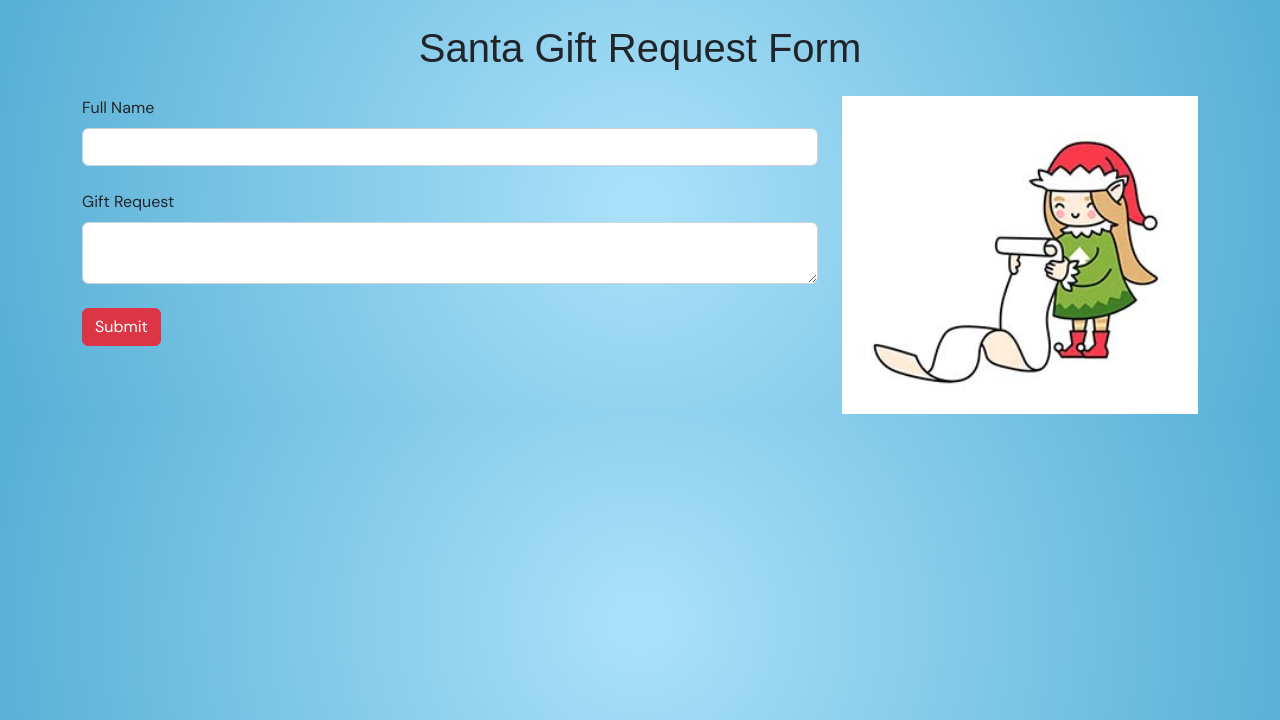
Repository: sarahlochhead/check-santas-list
Page: check-santas-list.html
An editor plug-in stored every save of this project. The page is shown before and after a run of saves, followed by the edit.
The browser window is 1280 px wide. The pictures show the whole page.
Some web fonts or font styles are not loaded; a fallback is used.

Above is the page before, as saved 2023-11-24 20:25:10.

After the next 2 saves:
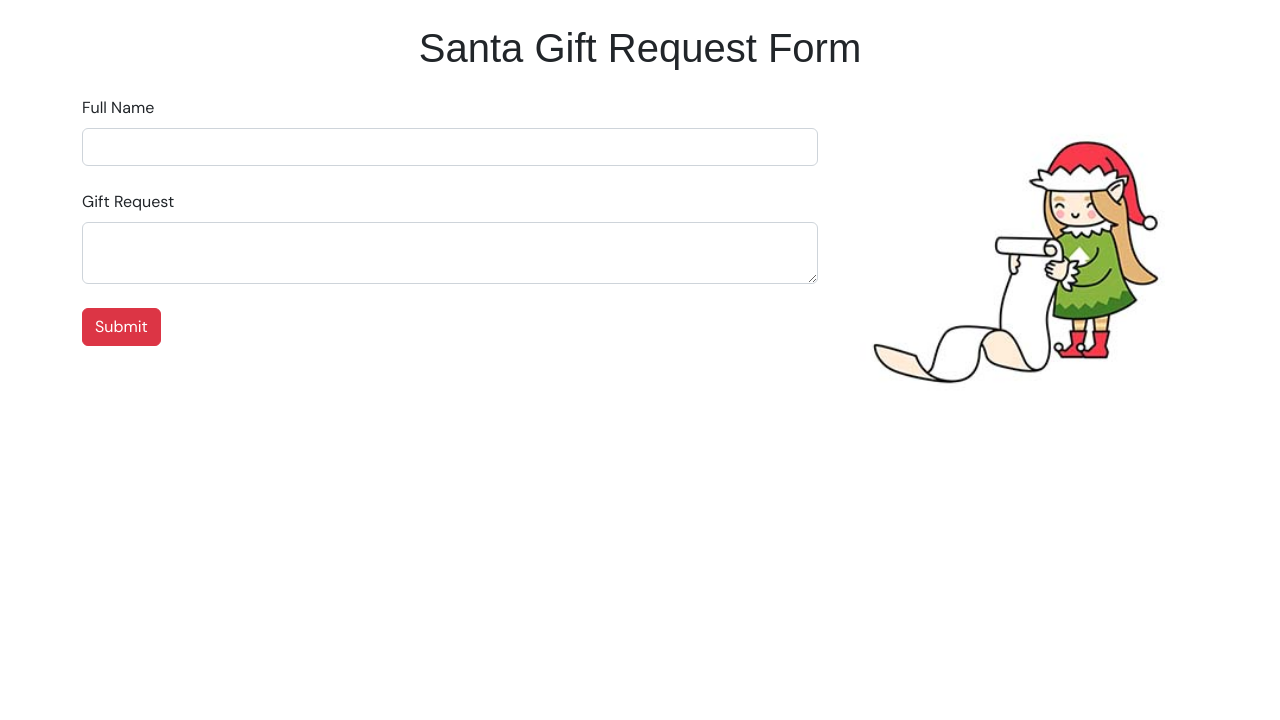
The 2 saves are shown as one change because they came seconds apart.
The last was saved 9 s later.
--- a/css/styles.css
+++ b/css/styles.css
@@ -3,8 +3,7 @@
 
 
 body {
-background: rgb(168,224,248);
-background: radial-gradient(circle, rgba(168,224,248,1) 4%, rgba(88,176,214,1) 98%);
+
 
 font-family: 'DM Sans', sans-serif;
 }
@@ -14,3 +13,5 @@
 }
 
 /* background */
+background: rgb(168,224,248);
+background: radial-gradient(circle, rgba(168,224,248,1) 4%, rgba(88,176,214,1) 98%);

After the 3 saves that followed:
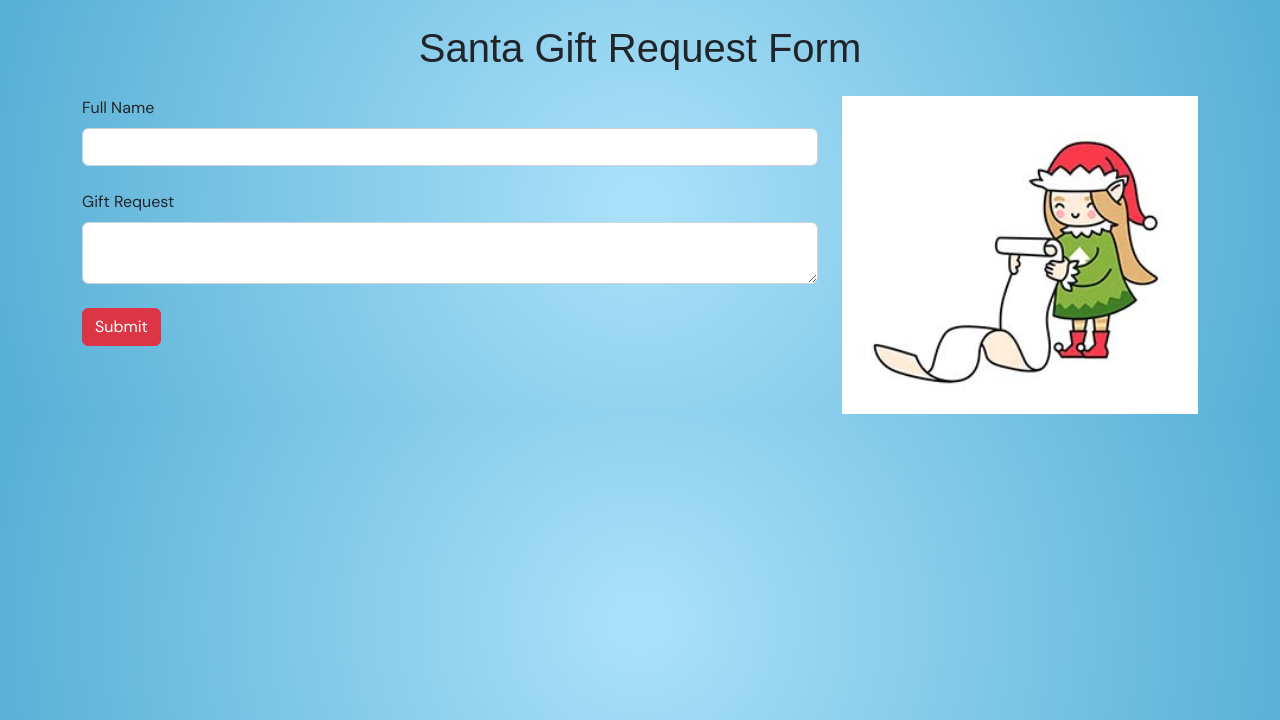
The 3 saves are shown as one change because they came seconds apart.
The last was saved 8 s later.
--- a/css/styles.css
+++ b/css/styles.css
@@ -13,5 +13,7 @@
 }
 
 /* background */
+body {
 background: rgb(168,224,248);
 background: radial-gradient(circle, rgba(168,224,248,1) 4%, rgba(88,176,214,1) 98%);
+}
